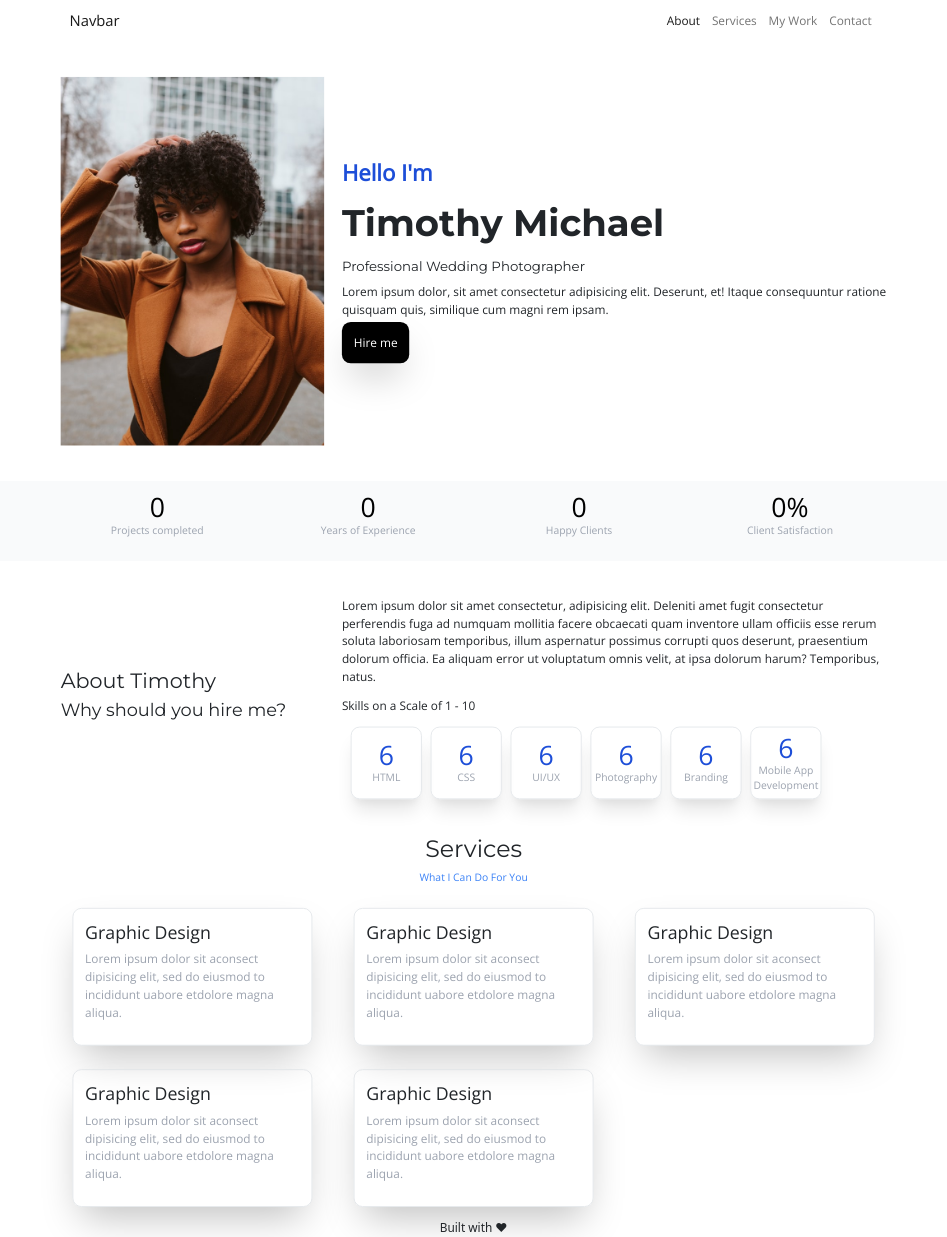
Repository: latenightsnacc/giggles
Page: HTML/freelancer.html
An editor plug-in stored every save of this project. The page is shown before and after the next save, followed by the edit.
The browser window is 1280 px wide. The pictures show the whole page, at 74% of full size.
Some web libraries are served in a nearby version.

Above is the page before, as saved 2021-01-03 16:22:41.

### HTML/freelancer.html
<!DOCTYPE html>
<html lang="en">
<head>
    <meta charset="UTF-8">
    <meta name="viewport" content="width=device-width, initial-scale=1.0">
    <link href="https://cdnjs.cloudflare.com/ajax/libs/tailwindcss/2.0.2/tailwind.min.css" rel="stylesheet">
    <link rel="stylesheet" href="https://stackpath.bootstrapcdn.com/font-awesome/4.7.0/css/font-awesome.min.css" />
    <link href="https://cdn.jsdelivr.net/npm/bootstrap@5.0.0-beta1/dist/css/bootstrap.min.css" rel="stylesheet" integrity="sha384-giJF6kkoqNQ00vy+HMDP7azOuL0xtbfIcaT9wjKHr8RbDVddVHyTfAAsrekwKmP1" crossorigin="anonymous">
    <link rel="stylesheet" href="stylesheet.css">
    <title>Freelancer Page</title>
</head>
<body class="overflow-x-hidden">
    <header class="container">
        <nav class="navbar navbar-expand-lg navbar-light bg-white">
            <div class="container-fluid">
              <a class="navbar-brand" href="#">Navbar</a>
              <button class="navbar-toggler" type="button" data-bs-toggle="collapse" data-bs-target="#navbarNavDropdown" aria-controls="navbarNavDropdown" aria-expanded="false" aria-label="Toggle navigation">
                <span class="navbar-toggler-icon"></span>
              </button>
              <div class="collapse navbar-collapse" id="navbarNavDropdown">
                <ul class="navbar-nav ml-auto">
                  <li class="nav-item">
                    <a class="nav-link active" aria-current="page" href="#">About</a>
                  </li>
                  <li class="nav-item">
                    <a class="nav-link" href="#">Services</a>
                  </li>
                  <li class="nav-item">
                    <a class="nav-link" href="#">My Work</a>
                  </li>
                  <li class="nav-item">
                    <a class="nav-link" href="#">Contact</a>
                  </li>
                  <!-- <li class="nav-item dropdown">
                    <a class="nav-link dropdown-toggle" href="#" id="navbarDropdownMenuLink" role="button" data-bs-toggle="dropdown" aria-expanded="false">
                      Dropdown link
                    </a>
                    <ul class="dropdown-menu" aria-labelledby="navbarDropdownMenuLink">
                      <li><a class="dropdown-item" href="#">Action</a></li>
                      <li><a class="dropdown-item" href="#">Another action</a></li>
                      <li><a class="dropdown-item" href="#">Something else here</a></li>
                    </ul>
                  </li> -->
                </ul>
              </div>
            </div>
        </nav>
    </header>
    <main>
        <!--User Banner-->
        <div class="container mt-5">
            <div class="row flex items-center h-auto">
                <div class="col-sm-12 col-md-4 col-lg-4 col-xl-4">
                    <img src="assets/userDp.jpg" alt="Profile Picture">
                </div>
                <div class="col-sm-12 col-md-8 col-lg-8 col-xl-8">
                    <div class="user-info">
                        <span class="semi-bold text-blue-700 py-10">Hello I'm</span>
                        <h1>Timothy Michael</h1>
                        <h2>Professional Wedding Photographer</h2>
                        <p>Lorem ipsum dolor, sit amet consectetur adipisicing elit. Deserunt, et! Itaque consequuntur ratione quisquam quis, similique cum magni rem ipsam.</p>
                        <button class="bg-black text-white p-3 semi-bold rounded-xl shadow-2xl">Hire me</button>
                    </div>
                </div>
            </div>
        </div>
        <!--User Statisitics-->
        <div class="stats w-full bg-gray-50 flex items-center h-auto py-3 mt-5">
            <div class="container">
                <div class="row">
                    <div class="stat-box col text-center">
                        <div class="bold text-4xl text-black">0</div>
                        <p class="text-sm text-gray-400">Projects completed</p>

                    </div>
                    <div class="stat-box col text-center">
                        <div class="bold text-4xl text-black">0</div>
                        <p class="text-sm text-gray-400">Years of Experience</p>
                    </div>
                    <div class="stat-box col text-center">
                        <div class="bold text-4xl text-black">0</div>
                        <p class="text-sm text-gray-400">Happy Clients</p>
                    </div>
                    <div class="stat-box col text-center">
                        <div class="bold text-4xl text-black">0%</div>
                        <p class="text-sm text-gray-400">Client Satisfaction</p>
                    </div>
                </div>
            </div>
        </div>
        <!--About User-->
        <div class="container">
            <div class="row h-auto flex flex-row items-center">
                <div class="col-sm-12 col-md-6 col-lg-4 col-xl-4 pt-5">
                    <h3>About Timothy</h3>
                    <h4>Why should you hire me?</h4>
                </div>
                <div class="col-sm-12 col-md-6 col-lg-8 col-xl-8 pt-5">
                    <p>Lorem ipsum dolor sit amet consectetur, adipisicing elit. Deleniti amet fugit consectetur perferendis fuga ad numquam mollitia facere obcaecati quam inventore ullam officiis esse rerum soluta laboriosam temporibus, illum aspernatur possimus corrupti quos deserunt, praesentium dolorum officia. Ea aliquam error ut voluptatum omnis velit, at ipsa dolorum harum? Temporibus, natus.</p>
                    <span class="bold">Skills on a Scale of 1 - 10</span>
                    <div class="d-flex flex-wrap">
                        <div class="skill-box shadow-xl max-w-sm w-24 p-2 ml-3 mt-3 border border-gray-100 rounded-xl flex flex-col items-center justify-center text-center">

                            <span class="text-blue-700 bold text-4xl">6</span>
                            <div class="text-sm text-gray-400">HTML</div>
                        </div>
                        <div class="skill-box shadow-xl max-w-sm w-24 p-2 ml-3 mt-3 border border-gray-100 rounded-xl flex flex-col items-center justify-center text-center">

                            <span class="text-blue-700 bold text-4xl">6</span>
                            <div class="text-sm text-gray-400">CSS</div>
                        </div>
                        <div class="skill-box shadow-xl max-w-sm w-24 p-2 ml-3 mt-3 border border-gray-100 rounded-xl flex flex-col items-center justify-center text-center">

                            <span class="text-blue-700 bold text-4xl">6</span>
                            <div class="text-sm text-gray-400">UI/UX</div>
                        </div>
                        <div class="skill-box shadow-xl max-w-sm w-24 p-2 ml-3 mt-3 border border-gray-100 rounded-xl flex flex-col items-center justify-center text-center">

                            <span class="text-blue-700 bold text-4xl">6</span>
                            <div class="text-sm text-gray-400">Photography</div>
                        </div>
                        <div class="skill-box shadow-xl max-w-sm w-24 p-2 ml-3 mt-3 border border-gray-100 rounded-xl flex flex-col items-center justify-center text-center">

                            <span class="text-blue-700 bold text-4xl">6</span>
                            <div class="text-sm text-gray-400">Branding</div>
                        </div>
                        <div class="skill-box shadow-xl max-w-sm w-24 p-2 ml-3 mt-3 border border-gray-100 rounded-xl flex flex-col items-center justify-center text-center">

                            <span class="text-blue-700 bold text-4xl">6</span>
                            <div class="text-sm text-gray-400">Mobile App Development</div>
                        </div>
                    </div>
                </div>
            </div>
        </div>
        <!--Services User Provides-->
        <div class="container mt-5">
            <h2 class="text-center">Services</h2>
            <p class="text-blue-500 text-sm capitalize text-center">What I can do for you</p>
            <div class="row">
                <div class="col-xs-12 col-sm-12 col-md-3 col-lg-3 col-xl-4">
                    <div class="max-w-sm shadow-2xl border border-gray-100 rounded-xl p-3 m-3 hover:bg-black hover:text-white">
                        <div class="service-title text-2xl bold  pb-2">Graphic Design</div>
                        <p class="text-md text-gray-400">Lorem ipsum dolor sit aconsect dipisicing elit, sed do eiusmod to incididunt uabore etdolore magna aliqua.</p>
                    </div>
                </div>
                <div class="col-xs-12 col-sm-12 col-md-3 col-lg-3 col-xl-4">
                    <div class="max-w-sm shadow-2xl border border-gray-100 rounded-xl p-3 m-3 hover:bg-black hover:text-white">
                        <div class="service-title text-2xl bold  pb-2">Graphic Design</div>
                        <p class="text-md text-gray-400">Lorem ipsum dolor sit aconsect dipisicing elit, sed do eiusmod to incididunt uabore etdolore magna aliqua.</p>
                    </div>
                </div>
                <div class="col-xs-12 col-sm-12 col-md-3 col-lg-3 col-xl-4">
                    <div class="max-w-sm shadow-2xl border border-gray-100 rounded-xl p-3 m-3 hover:bg-black hover:text-white">
                        <div class="service-title text-2xl bold  pb-2">Graphic Design</div>
                        <p class="text-md text-gray-400">Lorem ipsum dolor sit aconsect dipisicing elit, sed do eiusmod to incididunt uabore etdolore magna aliqua.</p>
                    </div>
                </div>
                <div class="col-xs-12 col-sm-12 col-md-3 col-lg-3 col-xl-4">
                    <div class="max-w-sm shadow-2xl border border-gray-100 rounded-xl p-3 m-3 hover:bg-black hover:text-white">
                        <div class="service-title text-2xl bold  pb-2">Graphic Design</div>
                        <p class="text-md text-gray-400">Lorem ipsum dolor sit aconsect dipisicing elit, sed do eiusmod to incididunt uabore etdolore magna aliqua.</p>
                    </div>
                </div>
                <div class="col-xs-12 col-sm-12 col-md-3 col-lg-3 col-xl-4">
                    <div class="max-w-sm shadow-2xl border border-gray-100 rounded-xl p-3 m-3 hover:bg-black hover:text-white">
                        <div class="service-title text-2xl bold  pb-2">Graphic Design</div>
                        <p class="text-md text-gray-400">Lorem ipsum dolor sit aconsect dipisicing elit, sed do eiusmod to incididunt uabore etdolore magna aliqua.</p>
                    </div>
                </div>
            </div>

        </div>
    </main>
    <footer class="text-center">Built with &hearts; </footer>
    <script src="https://cdn.jsdelivr.net/npm/bootstrap@5.0.0-beta1/dist/js/bootstrap.bundle.min.js" integrity="sha384-ygbV9kiqUc6oa4msXn9868pTtWMgiQaeYH7/t7LECLbyPA2x65Kgf80OJFdroafW" crossorigin="anonymous"></script>

</body>
</html>

### HTML/stylesheet.css
@import url('https://fonts.googleapis.com/css2?family=Montserrat:wght@400;700&family=Open+Sans:wght@300;400&display=swap');

h1, h2, h3, h4, h5, h6 {
    font-family: 'Montserrat', sans-serif;
}
.user-info h1 {
    line-height: 60px;
    font-size: 50px;
    font-weight: 700;
    margin-top: 20px;
}
.user-info h2 {
    line-height: 27px;
    font-size: 18px;
    font-weight: 400;
    margin-top: 15px;
}
.user-info span {
    line-height: 36px;
    font-size: 30px;
    font-weight: 600;
}
.user-info p {
    margin: 5px 0;
}
p, div, a, button {
    font-family: 'Open Sans', sans-serif;
    font-weight: 300;
}

After the next save:
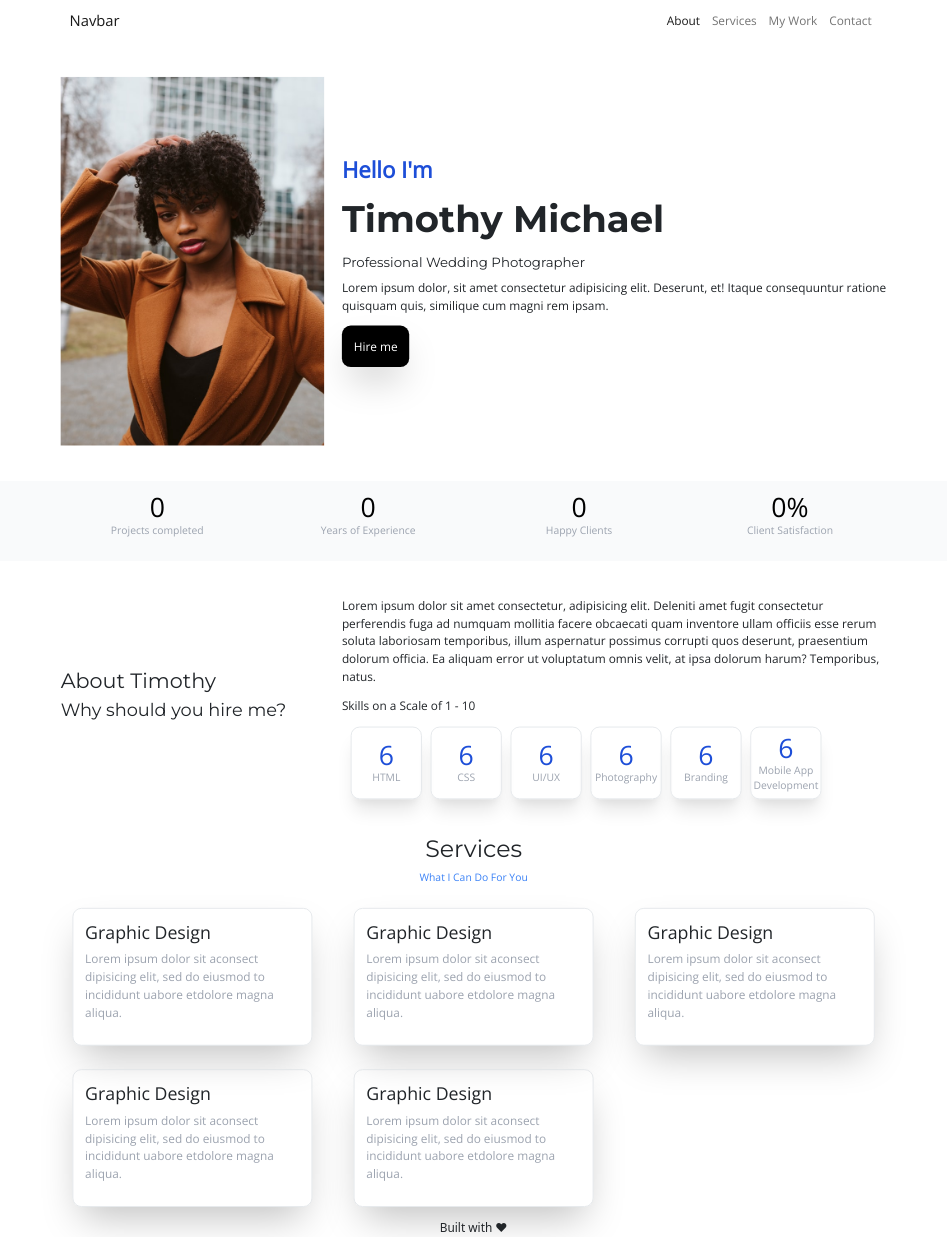
Saved 17 s later.
--- a/HTML/stylesheet.css
+++ b/HTML/stylesheet.css
@@ -23,6 +23,9 @@ h1, h2, h3, h4, h5, h6 {
 .user-info p {
     margin: 5px 0;
 }
+.user-info button {
+    margin-top: 10px;
+}
 p, div, a, button {
     font-family: 'Open Sans', sans-serif;
     font-weight: 300;
